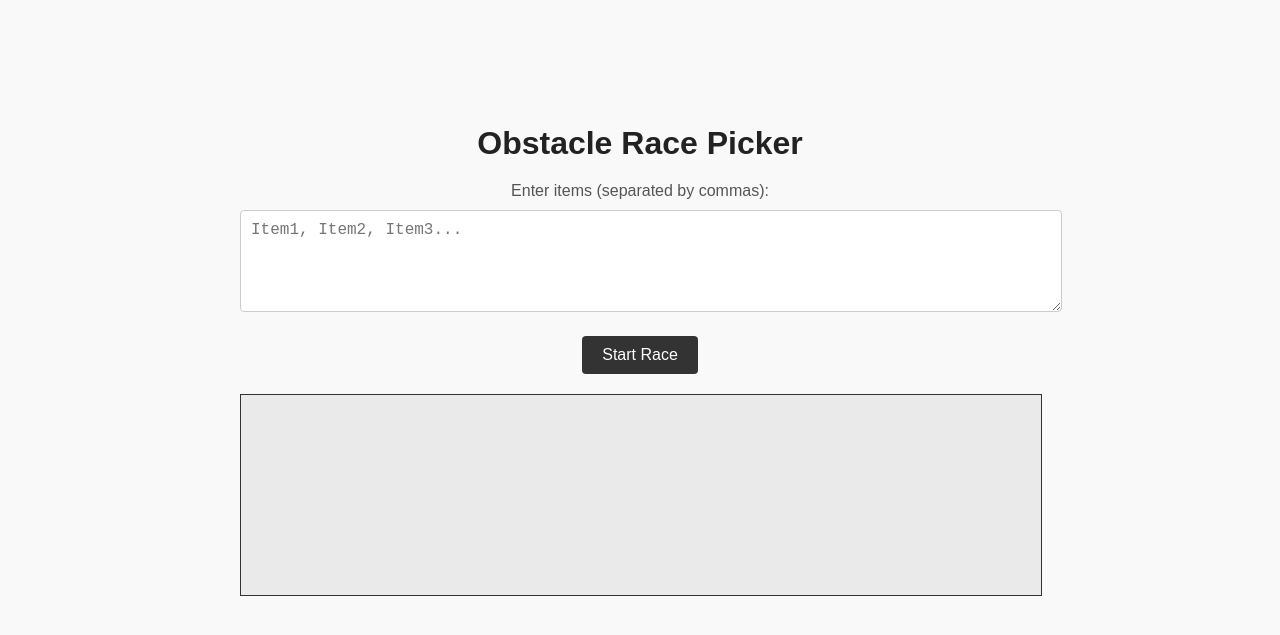
Repository: Anarchyve/race-picker
Page: index.html
An editor plug-in stored every save of this project. The page is shown before and after the next save, followed by the edit.
The browser window is 1280 px wide. The pictures show the whole page.

Above is the page before, as saved 2024-11-17 19:37:42.

### index.html
<!DOCTYPE html>
<html lang="en">
<head>
    <meta charset="UTF-8">
    <meta name="viewport" content="width=device-width, initial-scale=1.0">
    <title>Responsive Obstacle Race</title>
    <link rel="stylesheet" href="styles.css">
</head>
<body>
    <div class="container">
        <h1>Obstacle Race Picker</h1>
        <p>Enter items (separated by commas):</p>
        <textarea id="items" placeholder="Item1, Item2, Item3..."></textarea>
        <button onclick="startRace()">Start Race</button>
        <div id="race-track"></div>
        <div id="result"></div>
    </div>
    <script src="script.js"></script>
</body>
</html>

### styles.css
/* 전체적인 Reset */
body {
    margin: 0;
    font-family: 'Arial', sans-serif;
    color: #333;
    background-color: #f9f9f9;
    display: flex;
    justify-content: center;
    align-items: center;
    height: 100vh;
    overflow: hidden;
}

.container {
    width: 80%;
    max-width: 800px;
    text-align: center;
}

h1 {
    font-size: 2rem;
    margin-bottom: 20px;
    color: #222;
}

p {
    font-size: 1rem;
    margin-bottom: 10px;
    color: #555;
}

textarea {
    width: 100%;
    height: 80px;
    margin-bottom: 20px;
    padding: 10px;
    font-size: 16px;
    border: 1px solid #ccc;
    border-radius: 4px;
    background-color: #fff;
    color: #333;
}

button {
    padding: 10px 20px;
    font-size: 16px;
    border: none;
    border-radius: 4px;
    background-color: #333;
    color: #fff;
    cursor: pointer;
    transition: background 0.3s ease;
}

button:hover {
    background-color: #555;
}

#race-track {
    position: relative;
    width: 100%;
    height: 200px;
    margin: 20px 0;
    border: 1px solid #333;
    background-color: #eaeaea;
    overflow: hidden;
}

.runner {
    position: absolute;
    bottom: 0;
    width: 80px; /* Larger width for better readability */
    height: 40px;
    border-radius: 10px;
    background-color: #333;
    color: #fff;
    display: flex;
    justify-content: center;
    align-items: center;
    font-size: 14px; /* Increase font size */
    font-weight: bold;
    text-align: center;
}

#result {
    font-size: 1.2rem;
    margin-top: 20px;
    color: #444;
}

### script.js
function startRace() {
    const raceTrack = document.getElementById('race-track');
    const resultDiv = document.getElementById('result');
    const items = document.getElementById('items').value.split(',').map(item => item.trim());

    if (items.length < 2) {
        alert('Please enter at least 2 items!');
        return;
    }

    // Clear previous race track and results
    raceTrack.innerHTML = '';
    resultDiv.textContent = '';

    // Create runners
    const runners = items.map((item, index) => {
        const runner = document.createElement('div');
        runner.className = 'runner';
        runner.textContent = item;
        runner.style.left = '0px';
        runner.style.bottom = `${index * 50}px`;
        raceTrack.appendChild(runner);
        return { element: runner, position: 0, name: item };
    });

    // Adjust speed and interval
    const speedFactor = 5; // Reduce speed
    const intervalTime = 50; // Slow down update frequency

    // Start the race
    let raceInterval = setInterval(() => {
        runners.forEach(runner => {
            // Move each runner by a smaller step
            runner.position += Math.random() * speedFactor; // Smaller steps
            runner.element.style.left = `${runner.position}px`;

            // Check if any runner has reached the finish line
            if (runner.position >= raceTrack.clientWidth - 80) {
                clearInterval(raceInterval);
                resultDiv.innerHTML = `<h2>🎉 Winner: ${runner.name} 🎉</h2>`;
            }
        });
    }, intervalTime);
}

After the next save:
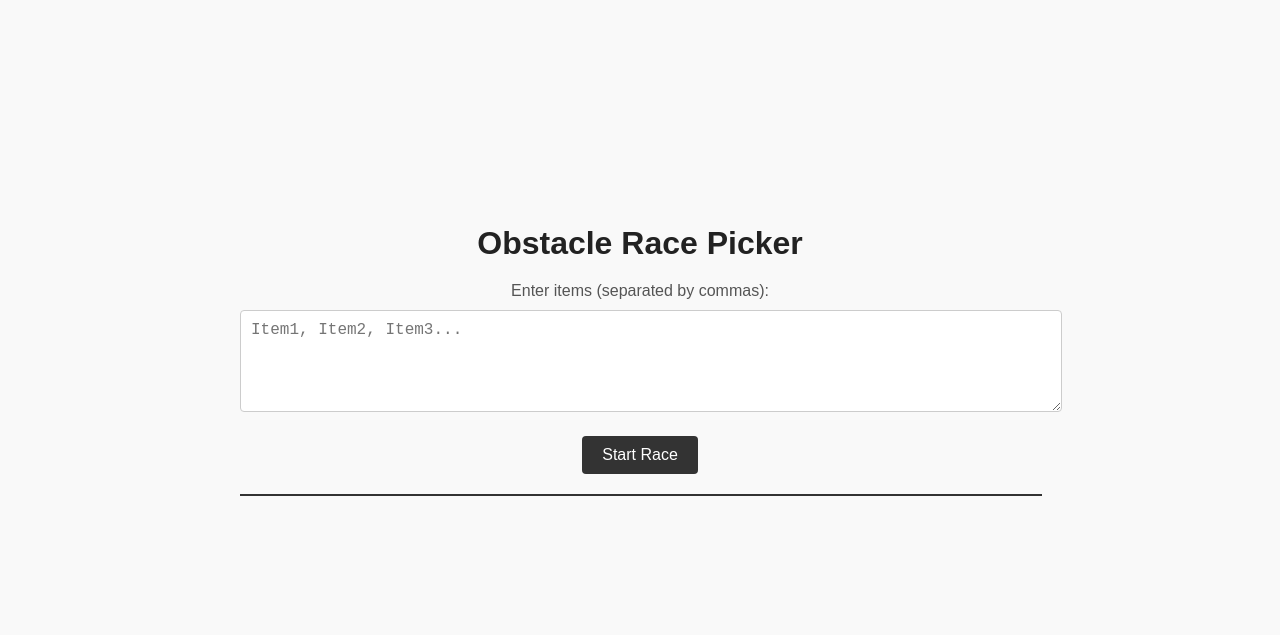
Saved 9 s later.
--- a/styles.css
+++ b/styles.css
@@ -59,31 +59,20 @@ button:hover {
 #race-track {
     position: relative;
     width: 100%;
-    height: 200px;
+    background-color: #eaeaea;
+    border: 1px solid #333;
+    overflow: hidden;
     margin: 20px 0;
-    border: 1px solid #333;
-    background-color: #eaeaea;
-    overflow: hidden;
 }
 
 .runner {
     position: absolute;
-    bottom: 0;
-    width: 80px; /* Larger width for better readability */
-    height: 40px;
-    border-radius: 10px;
     background-color: #333;
     color: #fff;
     display: flex;
     justify-content: center;
     align-items: center;
-    font-size: 14px; /* Increase font size */
+    font-size: 1rem;
     font-weight: bold;
     text-align: center;
 }
-
-#result {
-    font-size: 1.2rem;
-    margin-top: 20px;
-    color: #444;
-}
